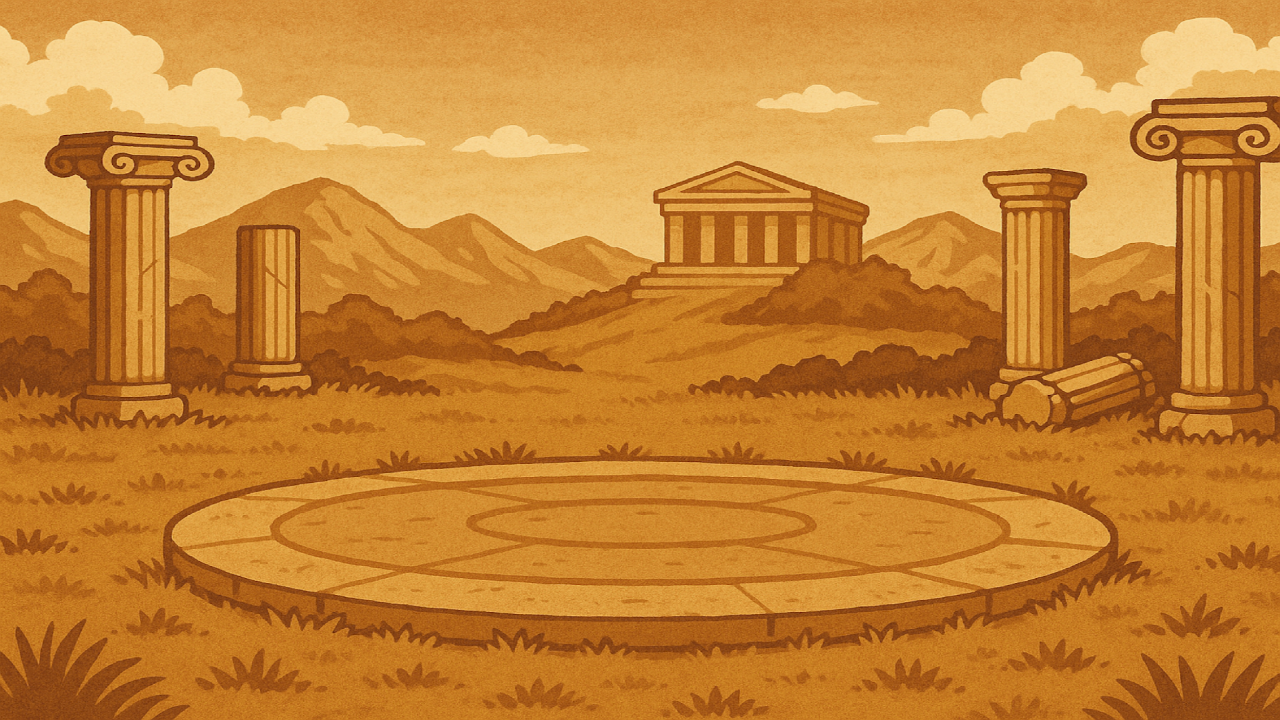
Repository: brianabariteau/Web-1-Final-Project-2025
Page: features/game/game.html
The author's editor kept a copy of each file at every save. The page is drawn from the files as they stood at one save, then again after the next save.
The browser window is 1280 px wide. The pictures show the whole page.
Some web fonts or font styles are not loaded; a fallback is used.

Above is the page before, as saved 2025-12-23 05:10:30.

### features/game/game.html
<!DOCTYPE html>
<html lang="en">
  <head>
    <meta charset="UTF-8" />
    <meta name="viewport" content="width=device-width, initial-scale=1.0" />
    <title>MythoBattle Game</title>
    <link
      rel="icon"
      type="image/x-icon"
      href="../../assets/characters/zeus.png"
    />
    <script type="module" defer src="./game.js"></script>
    <link rel="stylesheet" href="./game.css" />
    <script
      src="https://code.jquery.com/jquery-3.7.1.min.js"
      integrity="sha256-/JqT3SQfawRcv/BIHPThkBvs0OEvtFFmqPF/lYI/Cxo="
      crossorigin="anonymous"
    ></script>
    <link
      href="https://fonts.googleapis.com/css2?family=Jersey+25&display=swap"
      rel="stylesheet"
    />
  </head>
  <body></body>
</html>

### features/game/game.js
"use strict";

// * Functions
function renderCharacterHealth(character) {
  return `
    <div class="character">
      <div class="inner-character">
        <h1>${character.name}</h1> NAME
        <h2>${character.hp}</h2> HEALTH
      </div>
    </div>
  `;
}

function renderCharacterAbilities(character) {
  return `
    <div class="character">
      <div class="inner-character">
        <p>${character.name}</p> ABILITY 1
        <p>${character.hp}</p> ABILITY 2
      </div>
    </div>
  `;
}

// * The Background Image
const background = $("<img>")
  .addClass("background")
  .attr("src", "./assets/battle-background.png")
  .attr("alt", "Background");

// * Player 1
// ? Character Icon
const player1Icon = $("<img>").addClass("player1-icon");

// ! Battle Buttons + Progress
const player1battle = $("<div>").addClass("player1-battle");

// ? Name + Healthbar
const player1Name = $("<div>").addClass("player1-name");
const player1Health = $("<div>").addClass("player1-health");

$(player1Name).append(player1Health);

// ? Movesets
const player1Moves = $("<div>").addClass("player1-moves");
const player1Move1 = $("<button>").addClass("moves");
const player1Move2 = $("<button>").addClass("moves");
const player1Move3 = $("<button>").addClass("moves");
const player1Move4 = $("<button>").addClass("moves");

$(player1Moves).append(player1Move1, player1Move2, player1Move3, player1Move4);

// ? Abilities
const player1Abilities = $("<div>").addClass("player1-abilities");

$(player1battle).append(player1Abilities, player1Name, player1Moves);

// * Player 2
// ? Character Icon
const player2Icon = $("<img>").addClass("player-2-icon");

// ! Battle Buttons + Progress
const player2battle = $("<div>").addClass("player2-battle");

// ? Name + Healthbar
const player2Name = $("<div>").addClass("player2-name");
const player2Health = $("<div>").addClass("player2-health");

$(player2Name).append(player2Health);

// ? Movesets
const player2Moves = $("<div>").addClass("player1-moves");
const player2Move1 = $("<button>").addClass("moves");
const player2Move2 = $("<button>").addClass("moves");
const player2Move3 = $("<button>").addClass("moves");
const player2Move4 = $("<button>").addClass("moves");

$(player2Moves).append(player2Move1, player2Move2, player2Move3, player2Move4);

// ? Abilities
const player2Abilities = $("<div>").addClass("player2-abilities");

$(player2battle).append(player2Abilities, player2Name, player2Moves);

$("body").append(background);

### features/game/game.css
.background {
  position: fixed;
  inset: 0;
  width: 100%;
  height: 100%;
  z-index: -1;
}

After the next save:
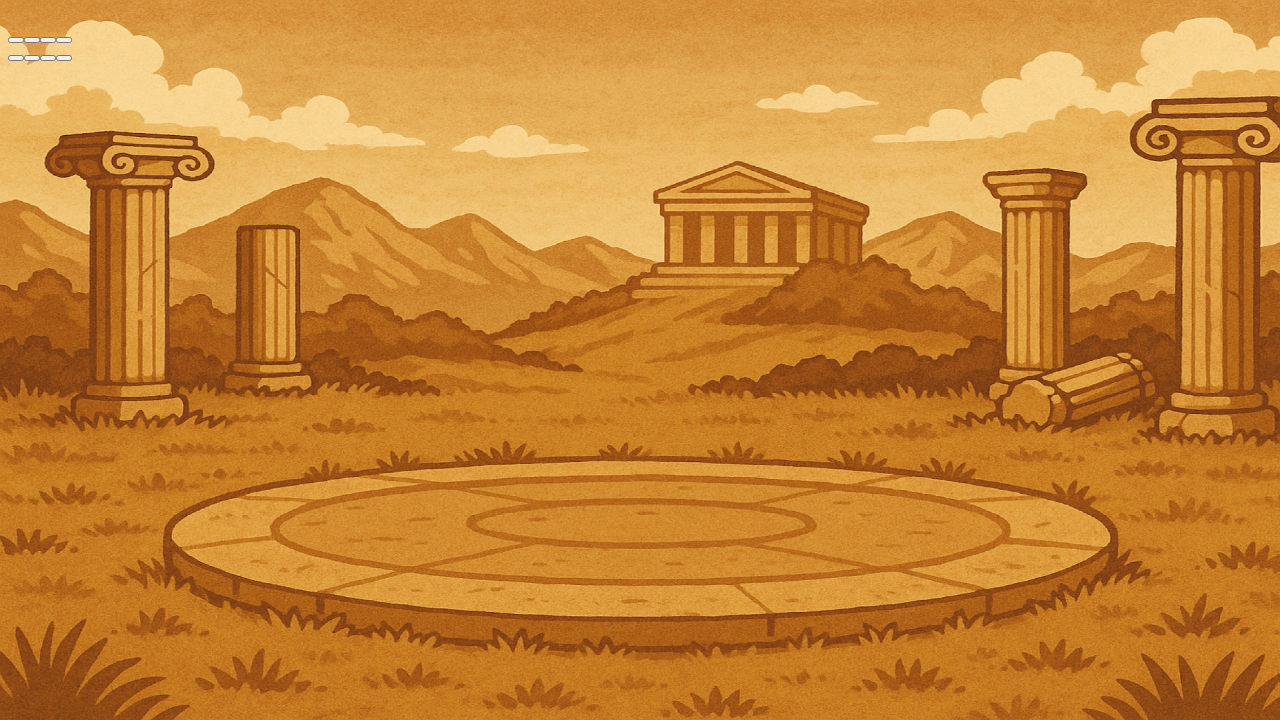
Saved 33 s later.
--- a/features/game/game.js
+++ b/features/game/game.js
@@ -83,4 +83,10 @@ const player2Abilities = $("<div>").addClass("player2-abilities");
 
 $(player2battle).append(player2Abilities, player2Name, player2Moves);
 
-$("body").append(background);
+$("body").append(
+  background,
+  player1Icon,
+  player2Icon,
+  player1battle,
+  player2battle
+);
